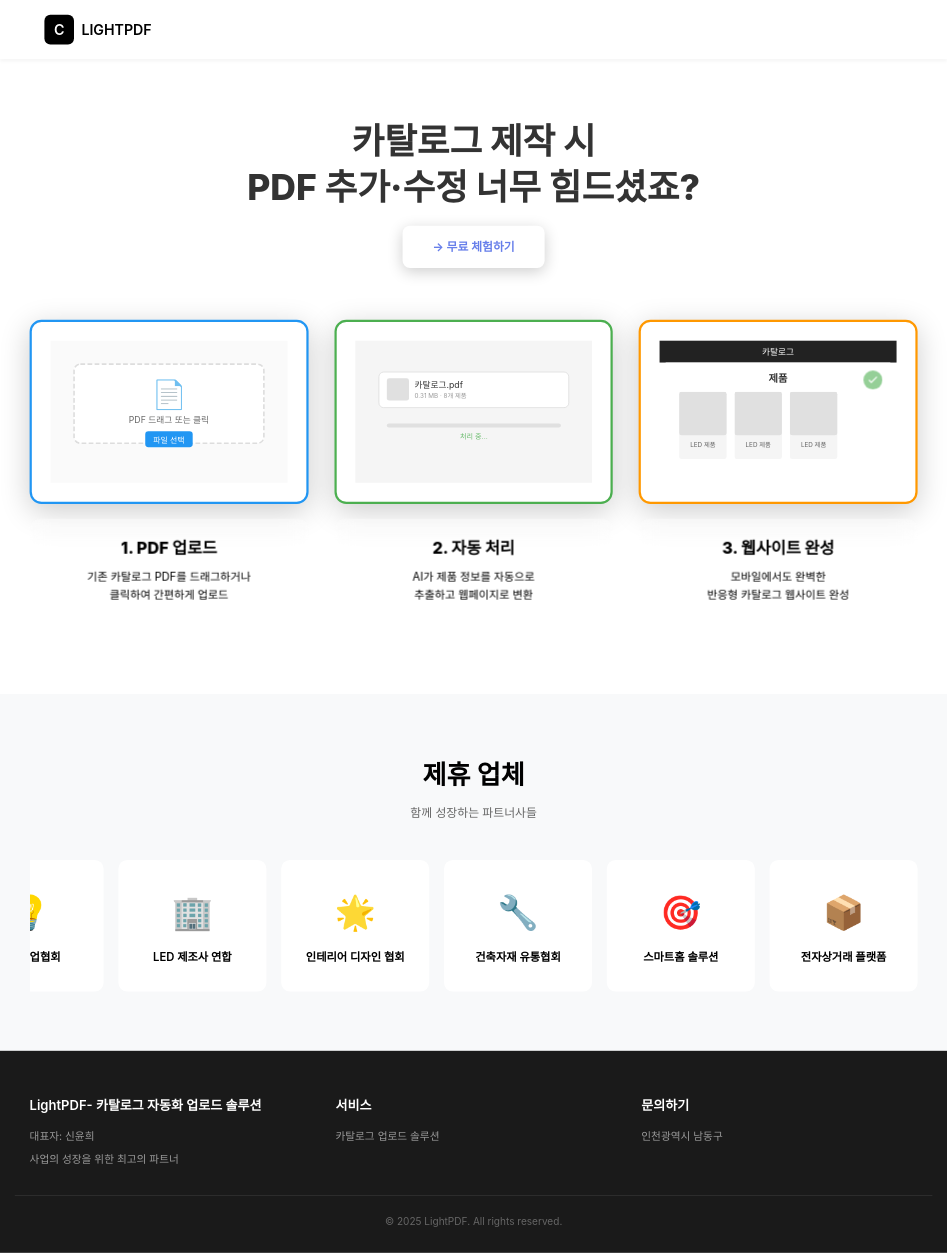
Repository: ororso11/catamaster
Page: index.html
The author's editor kept a copy of each file at every save. The page is drawn from the files as they stood at one save, then again after the next save.
The browser window is 1280 px wide. The pictures show the whole page, at 74% of full size.

Above is the page before, as saved 2025-10-05 00:50:58.

After the next save:
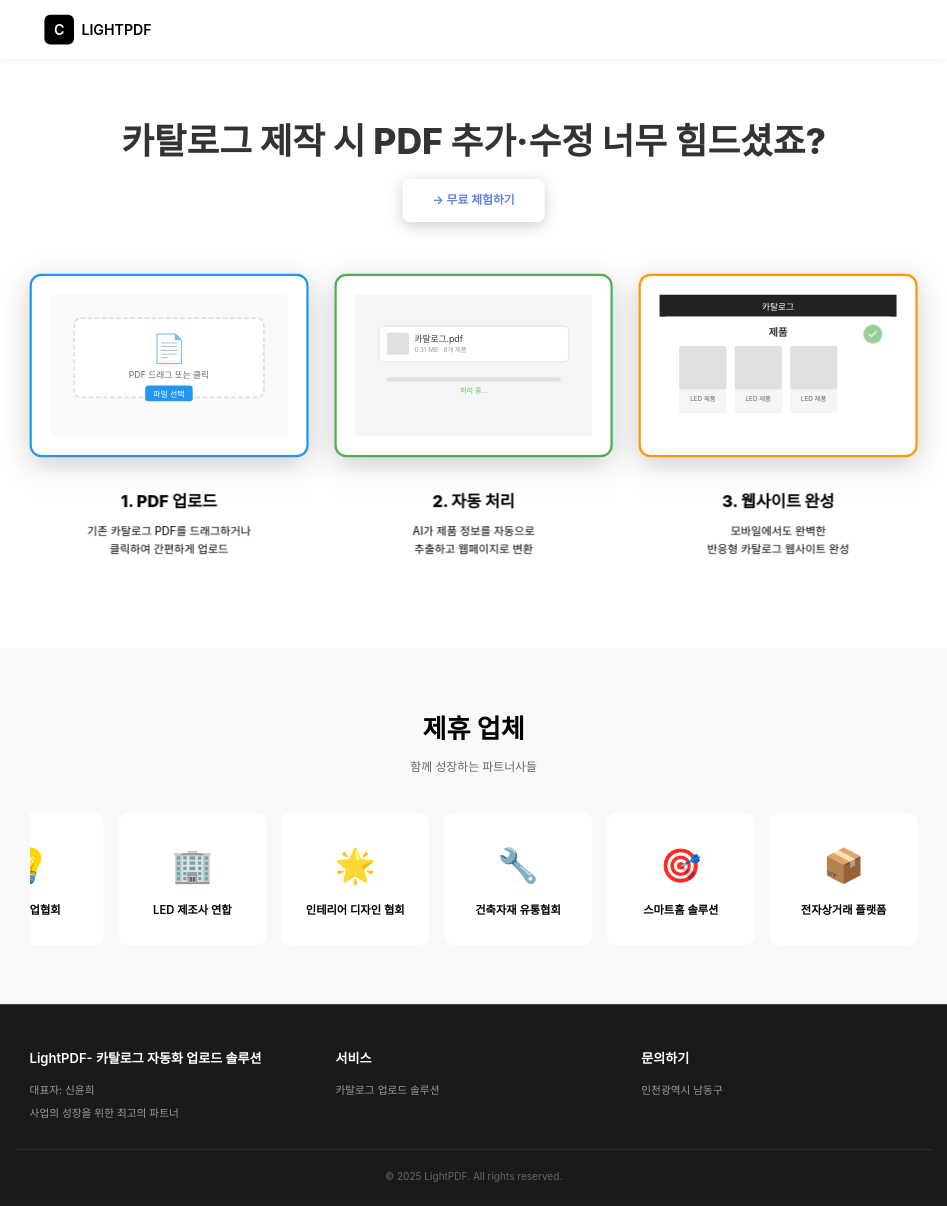
Saved 6 s later.
--- a/index.html
+++ b/index.html
@@ -18,7 +18,7 @@
 
     <section class="hero">
         <div class="hero-content">
-            <h1>카탈로그 제작 시<br>PDF 추가·수정 너무 힘드셨죠?</h1>
+            <h1>카탈로그 제작 시 PDF 추가·수정 너무 힘드셨죠?</h1>
             <a href="dashboard.html" class="cta-button">→ 무료 체험하기</a>
 
             <div class="process-container">
